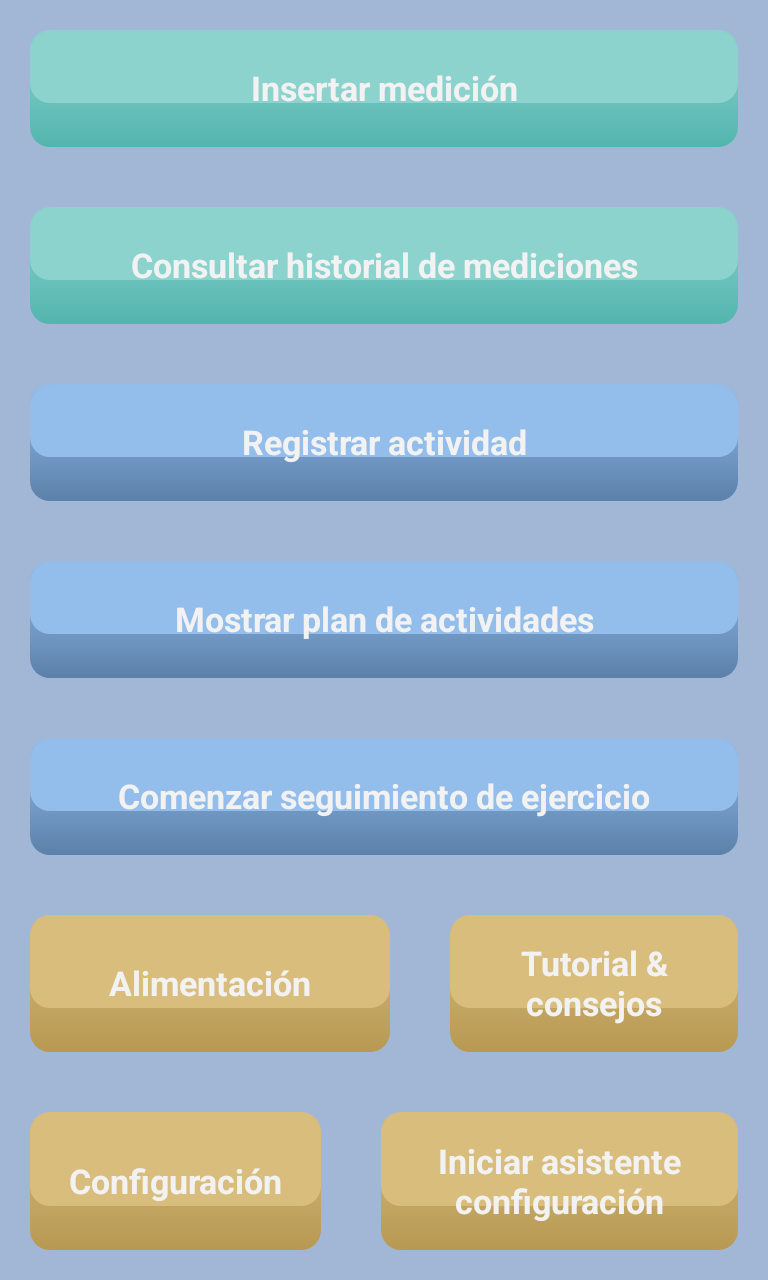
Repository: HectorGarciaMiguel/ssii-diabetes-060036
Layout: SeguimientoDiabetes/res/layout/activity_principal.xml
An editor plug-in stored every save of this project. The layout is shown before and after the next save, followed by the edit.
It is drawn on a 768 x 1280 px phone screen (xhdpi) without system bars, with theme AppTheme; the app's code is not run.

Above is the layout before, as saved 2015-11-18 10:01:49.

After the next save:
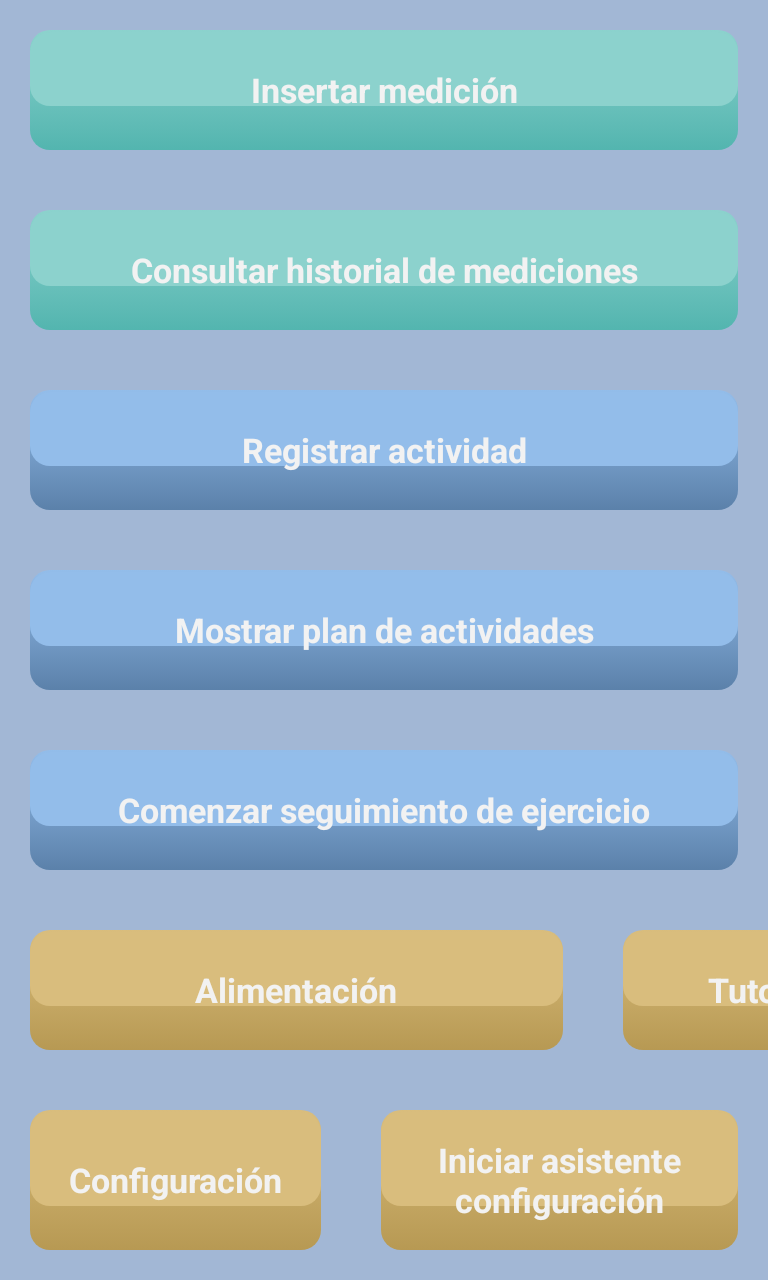
Saved 43 s later.
--- a/SeguimientoDiabetes/res/layout/activity_principal.xml
+++ b/SeguimientoDiabetes/res/layout/activity_principal.xml
@@ -91,16 +91,14 @@
    	<Button
         android:id="@+id/button7"
         style="@style/Boton"
-        android:layout_weight="2"
         android:background="@drawable/mibotonnaranja"
         android:text="Alimentación" />
 
-             <Button
-                 android:id="@+id/button8"
+     <Button
+        android:id="@+id/button8"
         style="@style/Boton"
-        android:layout_weight="2"
         android:background="@drawable/mibotonnaranja"
-         android:text="Tutorial &amp; consejos" />
+        android:text="Tutorial &amp; consejos" />
 
 </TableRow>
 
